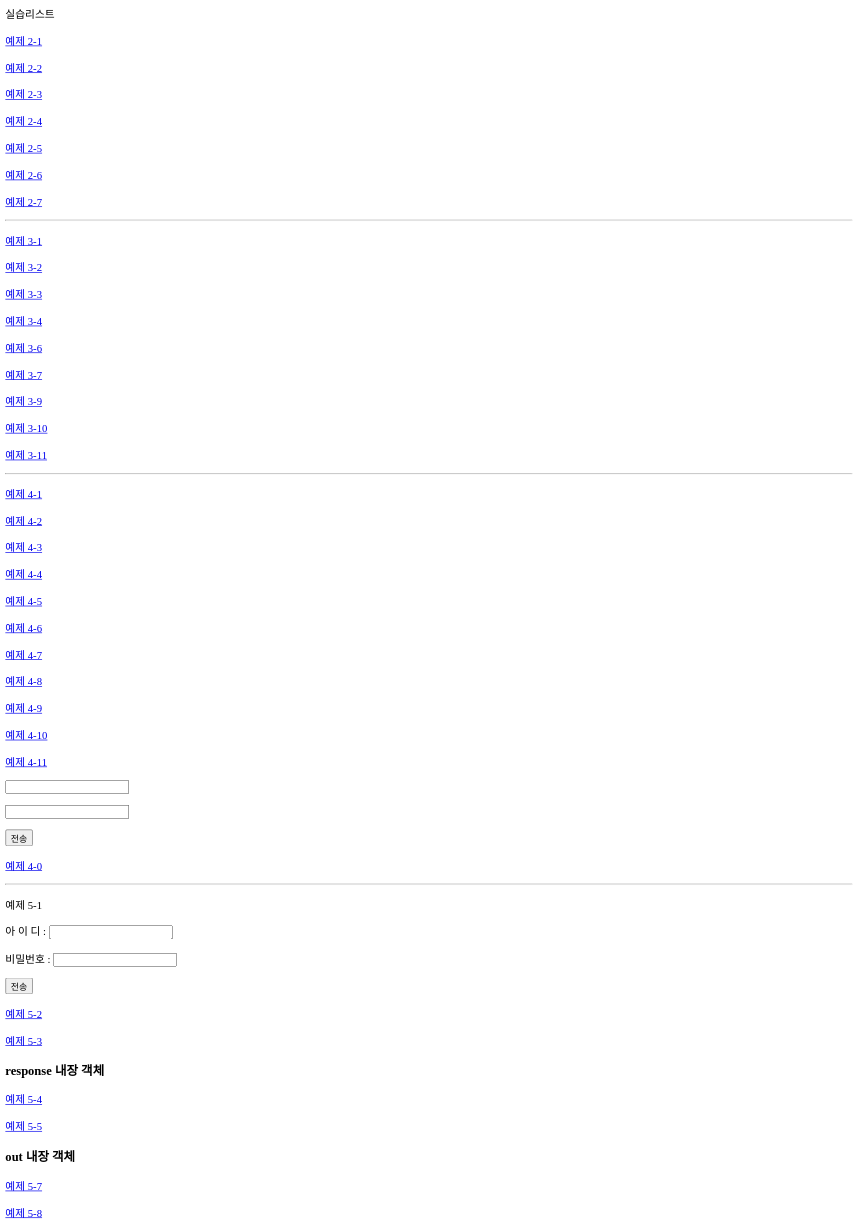
Repository: sanghyunlee7680/JSP-practice
Page: http://localhost/jspbook/
An editor plug-in stored every save of this project. The page is shown before and after the next save, followed by the edit.
The browser window is 1280 px wide. The pictures show the whole page, at 67% of full size.
The page is served by Tomcat 10. Other server files are loaded and not shown.

Above is the page before, as saved 2024-10-14 07:13:34.

### jspbook/src/main/webapp/index.jsp
<%@ page language="java" contentType="text/html; charset=UTF-8"
    pageEncoding="UTF-8"%>
<!DOCTYPE html>
<html>
<head>
<meta charset="UTF-8">
<title>Insert title here</title>
</head>
<body>
	실습리스트
	<p>
		<a href="2_1">예제 2-1</a>
	</p>
	<p>
		<a href="2_2">예제 2-2</a>
	</p>
	<p>
		<a href="2_3">예제 2-3</a>
	</p>
	<p>
		<a href="2_4">예제 2-4</a>
	</p>
	<p>
		<a href="2_5">예제 2-5</a>
	</p>
	<p>
		<a href="2_6">예제 2-6</a>
	</p>
	<p>
		<a href="2_7">예제 2-7</a>
	</p>
	<hr></hr>
	<p>
		<a href="3_1">예제 3-1</a>
	</p>
	<p>
		<a href="3_2">예제 3-2</a>
	</p>
	<p>
		<a href="3_3">예제 3-3</a>
	</p>
	<p>
		<a href="3_4">예제 3-4</a>
	</p>
	<p>
		<a href="3_6">예제 3-6</a>
	</p>
	<p>
		<a href="3_7">예제 3-7</a>
	</p>
	<p>
		<a href="3_9">예제 3-9</a>
	</p>
	<p>
		<a href="3_10">예제 3-10</a>
	</p>
	<p>
		<a href="3_11">예제 3-11</a>
	</p>
	<hr></hr>
	<p>
		<a href="4_1">예제 4-1</a>
	</p>
	<p>
		<a href="4_2">예제 4-2</a>
	</p>
	<p>
		<a href="4_3">예제 4-3</a>
	</p>
	<p>
		<a href="4_4">예제 4-4</a>
	</p>
	<p>
		<a href="4_5">예제 4-5</a>
	</p>
	<p>
		<a href="4_6">예제 4-6</a>
	</p>
	<p>
		<a href="4_7">예제 4-7</a>
	</p>
	<p>
		<a href="4_8">예제 4-8</a>
	</p>
	<p>
		<a href="4_9">예제 4-9</a>
	</p>
	<p>
		<a href="4_10">예제 4-10</a>
	</p>
	<p>
		<a href="4_11">예제 4-11</a>
	</p>

	<form action="4_0" method="get">
		<p><input type="text" name="id"/>
		<p><input type="text" name="name"/>
		<p><input type="submit" value="전송"/>
	</form>
	<%
		String id="cat";
		String name="dog";
	%>
	<p>
		<a href="4_0?id=${id}&name=<%=name%>">예제 4-0</a>
	</p>
	<hr></hr>

	<p>예제 5-1</p>
	<form action="5_1">
		<p> 아 이 디 : <input type="text" name="id">
		<p> 비밀번호 : <input type="text" name="passwd">
		<p> <input type="submit" value="전송"></p>
	</form>
	<p>
		<a href="5_2">예제 5-2</a>
	</p>
	<p>
		<a href="5_3">예제 5-3</a>
	</p>
	<h3>response 내장 객체</h3>
	<p>
		<a href="5_4">예제 5-4</a>
	</p>
	<p>
		<a href="5_5">예제 5-5</a>
	</p>
	<h3>out 내장 객체</h3>
	<p>
		<a href="5_7">예제 5-7</a>
	</p>
	<p>
		<a href="5_8">예제 5-8</a>
	</p>

</body>
</html>

After the next save:
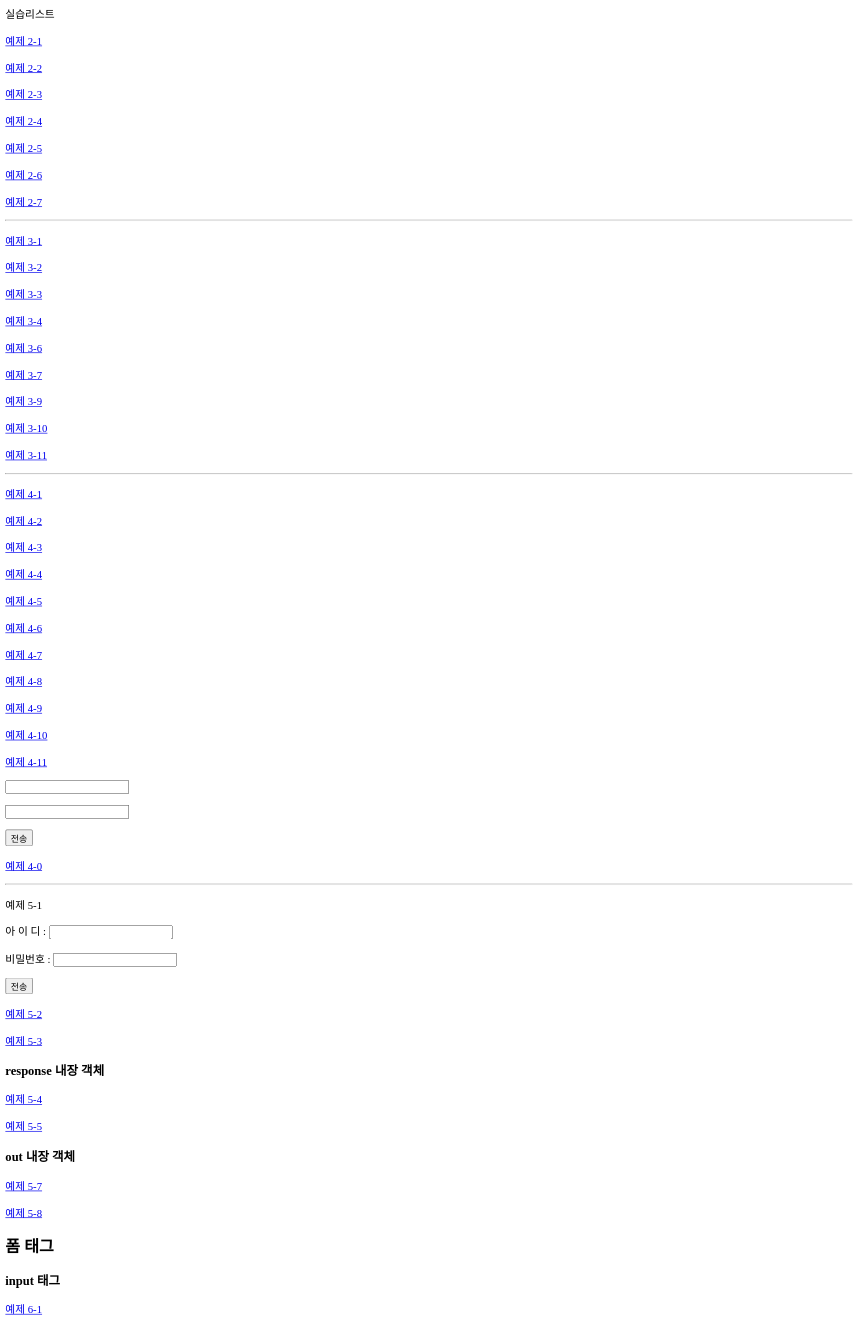
Saved 19 s later.
--- a/jspbook/src/main/webapp/index.jsp
+++ b/jspbook/src/main/webapp/index.jsp
@@ -132,6 +132,10 @@
 	<p>
 		<a href="5_8">예제 5-8</a>
 	</p>
-
+	<h2>폼 태그</h2>
+	<h3>input 태그</h3>
+	<p>
+		<a href="6_1">예제 6-1</a>
+	</p>
 </body>
 </html>
